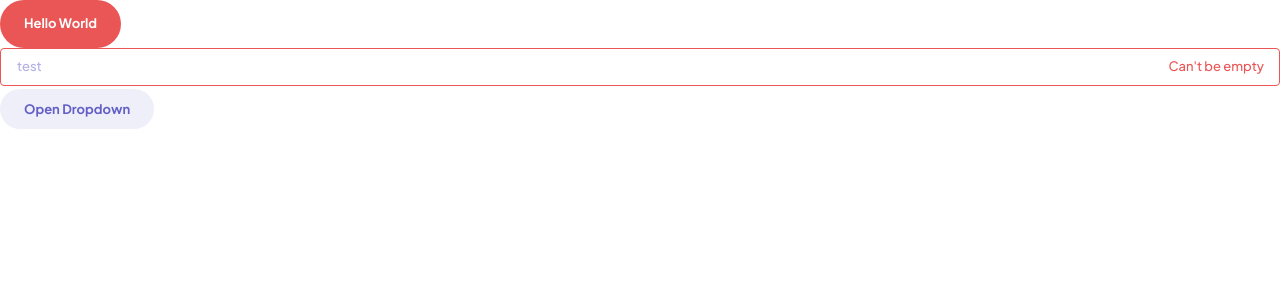
Repository: Baraajad231/Kanban-Board
Page: /
An editor plug-in stored every save of this project. The page is shown before and after the next save, followed by the edit.
The browser window is 1280 px wide. The pictures show the whole page.
The project was rebuilt for these pictures with package versions that can differ from the ones it lists, and the page was loaded fresh each time. Also part of the build but not shown: vite.config.js.

Above is the page before, as saved 2026-03-24 16:43:31.

### index.html
<!doctype html>
<html lang="en">
  <head>
    <meta charset="UTF-8" />
    <meta name="viewport" content="width=device-width, initial-scale=1.0" />
    <link rel="preconnect" href="https://fonts.googleapis.com" />
    <link rel="preconnect" href="https://fonts.gstatic.com" crossorigin />
    <link
      href="https://fonts.googleapis.com/css2?family=Plus+Jakarta+Sans:ital,wght@0,200..800;1,200..800&display=swap"
      rel="stylesheet"
    />
    <title>kanban-board</title>
  </head>
  <body>
    <div id="root"></div>
    <script type="module" src="/src/main.jsx"></script>
  </body>
</html>

### src/index.css
@import "tailwindcss";

@theme {
  --font-jakarta: "Plus Jakarta Sans", sans-serif;

  --color-transparent: transparent;
  --color-current: currentColor;

  --color-main-purple: #635fc7;
  --color-main-purple-hover: #a8a4ff;
  --color-white: #ffffff;
  --color-black: #000112;
  --color-very-dark-grey: #1e1e1e;
  --color-dark-grey: #2b2c37;
  --color-lines: #3e3f4e;
  --color-medium-grey: #828fa3;
  --color-lines-light: #e4ebfa;
  --color-light-grey: #f4f7fd;
  --color-red: #ea5555;
  --color-red-hover: #ff9898;

  /* أحجام الخطوط - التنسيق صحيح جداً لـ Tailwind v4 */
  --text-heading-s: 0.75rem;
  --text-heading-s--font-weight: 700;

  --text-heading-m: 0.9rem;
  --text-heading-m--font-weight: 700;

  --text-heading-l: 1.125rem;
  --text-heading-l--font-weight: 700;

  --text-heading-xl: 1.5rem;
  --text-heading-xl--font-weight: 700;

  --text-body-m: 0.75rem;
  --text-body-m--font-weight: 700;

  --text-body-l: 0.8125rem;
  --text-body-l--font-weight: 500;
}

### src/App.jsx
import Button from "./components/Button";
import DropdownPrimitive from "./components/DropDownPrimitive";
import TextField from "./components/TextField";

function App() {
  return (
    <div className="font-jakarta text-heading-xl text-main-purple">
      <Button variant="destructive" size="lg">
        Hello World
      </Button>
      <TextField placeholder="test" isInvalid />
      <DropdownPrimitive
        triggerComponent={() => (
          <Button variant="secondary" size="sm">
            Open Dropdown
          </Button>
        )}
        items={{
          edit: {
            label: "Edit board",
            onClick: () => console.log("Edit clicked"),
          },
          delete: {
            label: "Delete board",
            onClick: () => console.log("Delete clicked"),
          },
        }}
      />
    </div>
  );
}

export default App;

### src/components/Button.jsx
import { cva } from "class-variance-authority";

const button = cva(
  ["rounded-full", "font-bold", "px-6", "duration-200", "text-[13px]"],
  {
    variants: {
      variant: {
        primary: ["bg-main-purple", "text-white", "hover:bg-main-purple-hover"],
        // **or**
        // primary: "bg-blue-500 text-white border-transparent hover:bg-blue-600",
        secondary: [
          "bg-main-purple/10",
          "text-main-purple",
          "hover:bg-main-purple/25",
        ],
        destructive: ["bg-red", "text-white", "hover:bg-red-hover"],
      },
      size: {
        sm: ["h-10"],
        lg: ["h-12"],
      },
      isFullWidth: {
        true: ["w-full"],
      },
      // `boolean` variants are also supported!
      isDisabled: {
        true: ["opacity-25", "cursor-not-allowed", "hover:bg-main-purple"],
      },
    },

    defaultVariants: {
      variant: "primary",
      size: "lg",
    },
  },
);

const Button = ({
  children,
  variant,
  size,
  isFullWidth,
  isDisabled,
  className,
  ...props
}) => {
  return (
    <button
      className={button({ variant, size, isFullWidth, isDisabled, className })}
      {...props}
    >
      {children}
    </button>
  );
};
export default Button;

### src/components/DropDownPrimitive.jsx
import * as React from "react";
import { DropdownMenu } from "radix-ui";
import clsx from "clsx";
// طريقة بتخلينا نعمل document لل component تاعنا
// jsdocs
/**
 * @param {Object} props
 * @param {Function} props.triggerComponent
 * @param {Object} props.items
 * @param {string} props.items.label -- the text that will be shown in the dropdown item
 * @param {Function} props.items.onClick -- the function that will be called when the dropdown item is clicked
 * @returns {JSX.Element}
 */
const DropdownPrimitive = ({ triggerComponent, items }) => {
  return (
    <DropdownMenu.Root>
      <DropdownMenu.Trigger asChild>
        {triggerComponent && triggerComponent()}
      </DropdownMenu.Trigger>

      <DropdownMenu.Portal>
        <DropdownMenu.Content
          className="data-[side=bottom]:animate-slideUpAndFade data-[side=left]:animate-slideRightAndFade data-[side=right]:animate-slideLeftAndFade data-[side=top]:animate-slideDownAndFade min-w-55 rounded-md bg-white p-1.25 shadow-[0px_10px_38px_-10px_rgba(22,23,24,0.35),0px_10px_20px_-15px_rgba(22,23,24,0.2)] will-change-[opacity,transform]"
          sideOffset={32}
        >
          {items &&
            Object.keys(items).map((item) => (
              <DropdownMenu.Item
                key={items[item].label}
                onClick={items[item].onClick}
                className={clsx(
                  "group text-body-l data-highlighted:bg-light-grey cursor-pointer p-4 leading-none outline-none",
                  {
                    "text-red": items[item].label.includes("Delete"),
                  },
                )}
              >
                {items[item].label}
              </DropdownMenu.Item>
            ))}
        </DropdownMenu.Content>
      </DropdownMenu.Portal>
    </DropdownMenu.Root>
  );
};

export default DropdownPrimitive;

### src/components/TextField.jsx
import clsx from "clsx";

const TextField = ({
  placeholder,
  isInvalid,
  name,
  required,
  defaultValue,
}) => {
  return (
    <div className="relative flex min-w-80 flex-1 items-center">
      {isInvalid && (
        <span className="text-body-l text-red absolute right-4 text-sm">
          Can't be empty
        </span>
      )}

      <input
        type="text"
        name={name}
        defaultValue={defaultValue}
        placeholder={placeholder}
        required={required}
        className={clsx(
          "border-medium-gray/25 text-body-l w-full rounded-sm border py-2 pl-4",
          {
            "border-red pr-32": isInvalid,
            "pr-4": !isInvalid,
          },
        )}
      />
    </div>
  );
};

export default TextField;

### src/components/dialogPrimitive.jsx
import { Dialog } from "radix-ui";
import { Cross2Icon } from "@radix-ui/react-icons";

const DialogPrimitive = () => (
  <Dialog.Root>
    <Dialog.Trigger asChild>
      <button className="bg-violet4 text-violet11 hover:bg-mauve3 focus-visible:outline-violet6 inline-flex h-[35px] items-center justify-center rounded px-[15px] leading-none font-medium outline-offset-1 outline-none select-none focus-visible:outline-2">
        Edit profile
      </button>
    </Dialog.Trigger>
    <Dialog.Portal>
      <Dialog.Overlay className="bg-blackA6 data-[state=open]:animate-overlayShow fixed inset-0" />
      <Dialog.Content className="bg-gray1 data-[state=open]:animate-contentShow fixed top-1/2 left-1/2 max-h-[85vh] w-[90vw] max-w-[500px] -translate-x-1/2 -translate-y-1/2 rounded-md p-[25px] shadow-[var(--shadow-6)] focus:outline-none">
        <Dialog.Title className="text-mauve12 m-0 text-[17px] font-medium">
          Edit profile
        </Dialog.Title>
        <Dialog.Description className="text-mauve11 mt-2.5 mb-5 text-[15px] leading-normal">
          Make changes to your profile here. Click save when you're done.
        </Dialog.Description>
        <fieldset className="mb-[15px] flex items-center gap-5">
          <label
            className="text-violet11 w-[90px] text-right text-[15px]"
            htmlFor="name"
          >
            Name
          </label>
          <input
            className="text-violet11 shadow-violet7 focus:shadow-violet8 inline-flex h-[35px] w-full flex-1 items-center justify-center rounded px-2.5 text-[15px] leading-none shadow-[0_0_0_1px] outline-none focus:shadow-[0_0_0_2px]"
            id="name"
            defaultValue="Pedro Duarte"
          />
        </fieldset>
        <fieldset className="mb-[15px] flex items-center gap-5">
          <label
            className="text-violet11 w-[90px] text-right text-[15px]"
            htmlFor="username"
          >
            Username
          </label>
          <input
            className="text-violet11 shadow-violet7 focus:shadow-violet8 inline-flex h-[35px] w-full flex-1 items-center justify-center rounded px-2.5 text-[15px] leading-none shadow-[0_0_0_1px] outline-none focus:shadow-[0_0_0_2px]"
            id="username"
            defaultValue="@peduarte"
          />
        </fieldset>
        <div className="mt-[25px] flex justify-end">
          <Dialog.Close asChild>
            <button className="bg-green4 text-green11 hover:bg-green5 focus-visible:outline-green6 inline-flex h-[35px] items-center justify-center rounded px-[15px] leading-none font-medium outline-offset-1 outline-none select-none focus-visible:outline-2">
              Save changes
            </button>
          </Dialog.Close>
        </div>
        <Dialog.Close asChild>
          <button
            className="text-violet11 bg-gray3 hover:bg-violet4 focus:shadow-violet7 absolute top-2.5 right-2.5 inline-flex size-[25px] appearance-none items-center justify-center rounded-full focus:shadow-[0_0_0_2px] focus:outline-none"
            aria-label="Close"
          >
            <Cross2Icon />
          </button>
        </Dialog.Close>
      </Dialog.Content>
    </Dialog.Portal>
  </Dialog.Root>
);

export default DialogPrimitive;

Loaded but not shown: src/main.jsx (common file)

After the next save:
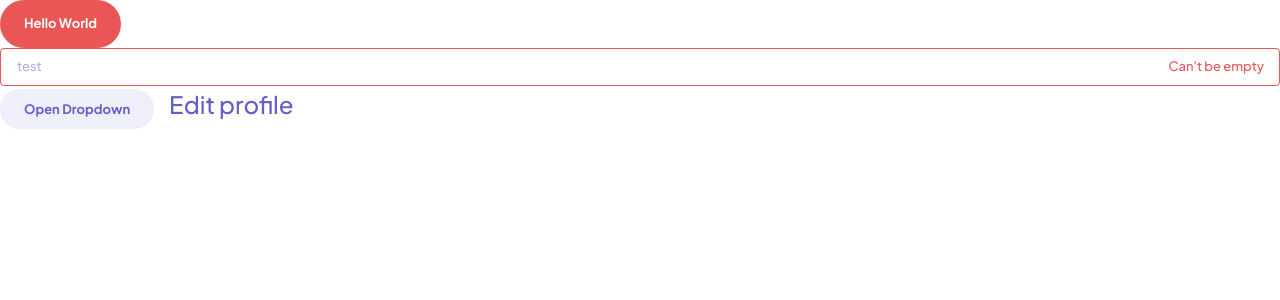
Saved 29 s later.
--- a/src/App.jsx
+++ b/src/App.jsx
@@ -1,4 +1,5 @@
 import Button from "./components/Button";
+import DialogPrimitive from "./components/dialogPrimitive";
 import DropdownPrimitive from "./components/DropDownPrimitive";
 import TextField from "./components/TextField";
 
@@ -26,6 +27,7 @@
           },
         }}
       />
+      <DialogPrimitive />
     </div>
   );
 }
